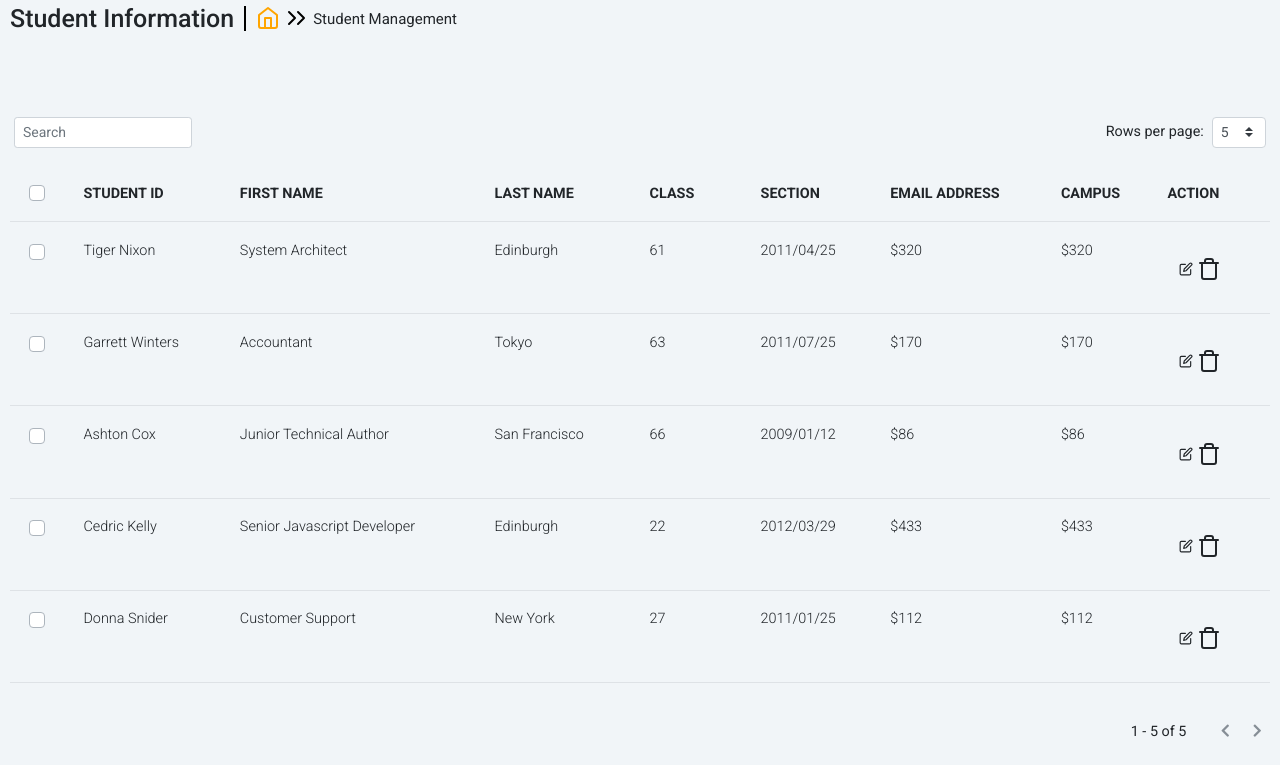
Repository: deepakrajput1998/hestabit_assignment
Page: /
The author's editor kept a copy of each file at every save. The page is drawn from the files as they stood at one save, then again after the next save.
The browser window is 1280 px wide. The page is 1285 px wide, so the pictures cover 1285 px, including what lies to the right of the window. The pictures show the whole page.
The project was rebuilt for these pictures with package versions that can differ from the ones it lists, and the page was loaded fresh each time.

Above is the page before, as saved 2021-07-25 03:38:57.

### src/index.js
import React from 'react';
import ReactDOM from 'react-dom';
import './index.css';
import App from './App';
import reportWebVitals from './reportWebVitals';
import "@fortawesome/fontawesome-free/css/all.min.css";
import "bootstrap-css-only/css/bootstrap.min.css";
import "mdbreact/dist/css/mdb.css";
ReactDOM.render(
  <React.StrictMode>
    <App />
  </React.StrictMode>,
  document.getElementById('root')
);

// If you want to start measuring performance in your app, pass a function
// to log results (for example: reportWebVitals(console.log))
// or send to an analytics endpoint. Learn more: https://bit.ly/CRA-vitals
reportWebVitals();

### src/Pages/StudentListing/StudentListing.js
import React from 'react'
import classes from "./StudentListing.module.css";
import {Home ,ChevronRight} from 'react-feather'
import DataTable from '../../Component/Common/DataTable/DataTable';
const StudentListing = () => {
    return (
      <div>
        <div className={classes.StudentListing_header} >
          <span className={classes.StudentListing_title}>
            Student Information
          </span>
          <div className={classes.StudentListing_seprator}></div>
          <span style={{ marginTop: "5px" }}>
            {" "}
            <Home color="orange" />
          </span>
          <span style={{ marginTop: "5px" }}>
            {" "}
            <ChevronRight color="black" />
            <ChevronRight style={{ marginLeft: "-15px" }} color="black" />
          </span>
          <span className={classes.StudentListing_title2}>
            Student Management
          </span>
        </div>
        <div className="">
          <DataTable/>
        </div>
      </div>
    );
}

export default StudentListing

### src/Pages/StudentListing/StudentListing.module.css
.StudentListing_title{
    font-size: 25px;
    font-weight: 500;
}
.StudentListing_title2{
    font-size: 15px;
    font-weight: 400;
     margin-block: auto;
}
.StudentListing_seprator{
    height: 25px;
    width:2px;
    background-color: black;
    margin-block: auto;
    margin-inline: 10px;
}
.StudentListing_header{
    display: flex;
    margin-bottom: 5%;
}

### src/Component/Common/DataTable/DataTable.js
import React from "react";
import { MDBDataTableV5 } from "mdbreact";
import { Edit, Trash } from "react-feather";

export default function DataTable() {
  const [datatable, setDatatable] = React.useState({
    columns: [
      {
        label: "STUDENT ID",
        field: "sid",
        width: 150,
        attributes: {
          "aria-controls": "DataTable",
          "aria-label": "Name",
        },
      },
      {
        label: "FIRST NAME",
        field: "fname",
        width: 270,
      },
      {
        label: "LAST NAME",
        field: "lname",
        width: 270,
      },
      {
        label: "CLASS",
        field: "class",
        width: 200,
      },
      {
        label: "SECTION",
        field: "section",
        sort: "asc",
        width: 100,
      },
      {
        label: "EMAIL ADDRESS",
        field: "email",
        sort: "disabled",
        width: 150,
      },
      {
        label: "CAMPUS",
        field: "campus",
        sort: "disabled",
        width: 100,
      },
      {
        label: "ACTION",
        field: "action",
        sort: "disabled",
        width: 100,
      },
    ],
    rows: [
      {
        sid: "Tiger Nixon",
        fname: "System Architect",
        lname: "Edinburgh",
        class: "61",
        section: "2011/04/25",
        email: "$320",
        campus: "$320",
        action: (
          <td>
            <Edit size={14}/> <Trash />
          </td>
        ),
      },
      {
        sid: "Garrett Winters",
        fname: "Accountant",
        lname: "Tokyo",
        class: "63",
        section: "2011/07/25",
        email: "$170",
        campus: "$170",
        action: (
          <td>
            <Edit size={14}/> <Trash />
          </td>
        ),
      },
      {
        sid: "Ashton Cox",
        fname: "Junior Technical Author",
        lname: "San Francisco",
        class: "66",
        section: "2009/01/12",
        email: "$86",
        campus: "$86",
        action: (
          <td>
            <Edit size={14}/> <Trash />
          </td>
        ),
      },
      {
        sid: "Cedric Kelly",
        fname: "Senior Javascript Developer",
        lname: "Edinburgh",
        class: "22",
        section: "2012/03/29",
        email: "$433",
        campus: "$433",
        action: (
          <td>
            <Edit size={14}/> <Trash />
          </td>
        ),
      },

      {
        sid: "Donna Snider",
        fname: "Customer Support",
        lname: "New York",
        class: "27",
        section: "2011/01/25",
        email: "$112",
        campus: "$112",
        action: (
          <td>
            <Edit size={14}/> <Trash />
          </td>
        ),
      },
    ],
  });
  const [checkbox1, setCheckbox1] = React.useState("");

  const showLogs2 = (e) => {
    setCheckbox1(e);
  };

  return (
    <>
      <MDBDataTableV5
        hover
        entriesOptions={[5, 20, 25]}
        entries={5}
        pagesAmount={4}
        data={datatable}
        checkbox
        headCheckboxID="id41"
        bodyCheckboxID="checkboxes41"
        getValueCheckboxes={(e) => {
          showLogs2(e);
        }}
        getValueAllCheckBoxes={(e) => {
          showLogs2(e);
        }}
        multipleCheckboxes
        filledCheckboxes
        pagingTop
        searchTop
        searchBottom={false}

      />
    </>
  );
}

Loaded but not shown: public/index.html (common file); src/index.css (common file); src/App.js (common file); src/reportWebVitals.js (common file); src/App.css (common file)

After the next save:
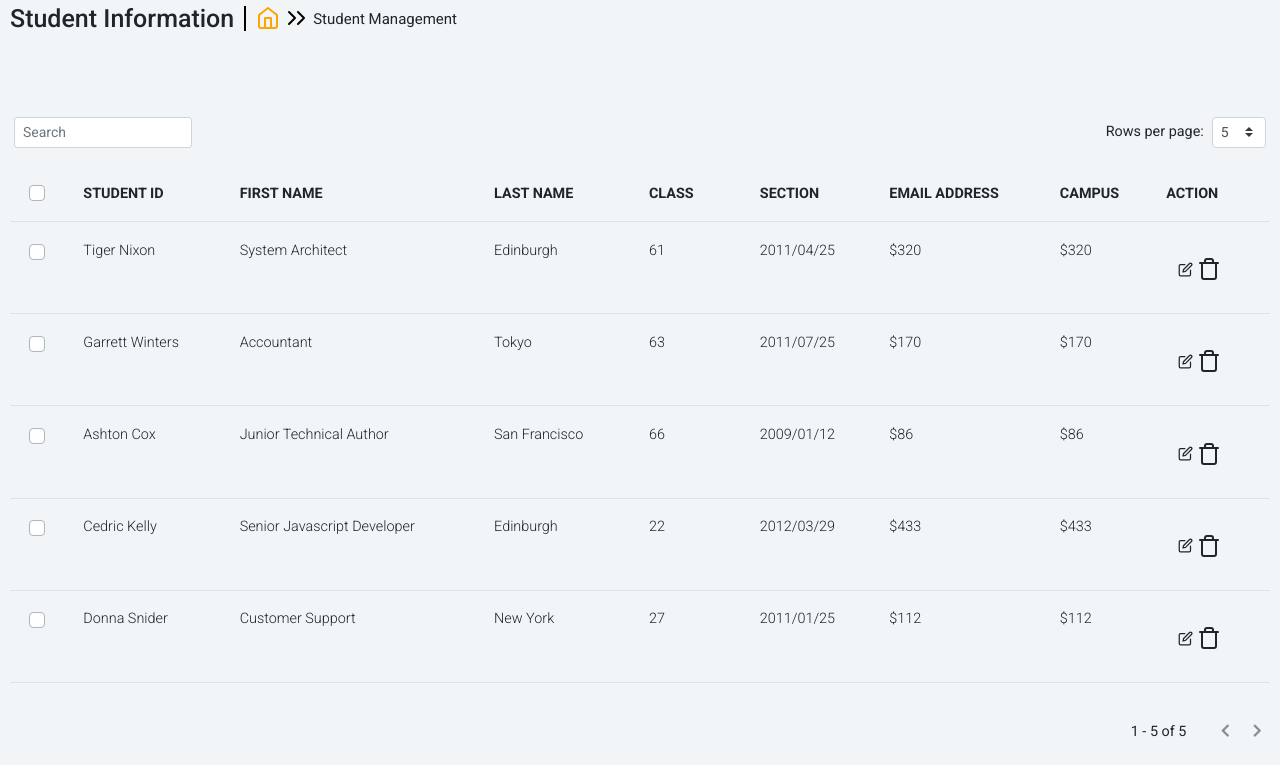
Saved 5 s later.
--- a/src/Component/Common/DataTable/DataTable.js
+++ b/src/Component/Common/DataTable/DataTable.js
@@ -65,7 +65,7 @@ export default function DataTable() {
         campus: "$320",
         action: (
           <td>
-            <Edit size={14}/> <Trash />
+            <Edit size={15}/> <Trash />
           </td>
         ),
       },
@@ -79,7 +79,7 @@ export default function DataTable() {
         campus: "$170",
         action: (
           <td>
-            <Edit size={14}/> <Trash />
+            <Edit size={15}/> <Trash />
           </td>
         ),
       },
@@ -93,7 +93,7 @@ export default function DataTable() {
         campus: "$86",
         action: (
           <td>
-            <Edit size={14}/> <Trash />
+            <Edit size={15}/> <Trash />
           </td>
         ),
       },
@@ -107,7 +107,7 @@ export default function DataTable() {
         campus: "$433",
         action: (
           <td>
-            <Edit size={14}/> <Trash />
+            <Edit size={15}/> <Trash />
           </td>
         ),
       },
@@ -122,7 +122,7 @@ export default function DataTable() {
         campus: "$112",
         action: (
           <td>
-            <Edit size={14}/> <Trash />
+            <Edit size={15}/> <Trash />
           </td>
         ),
       },
